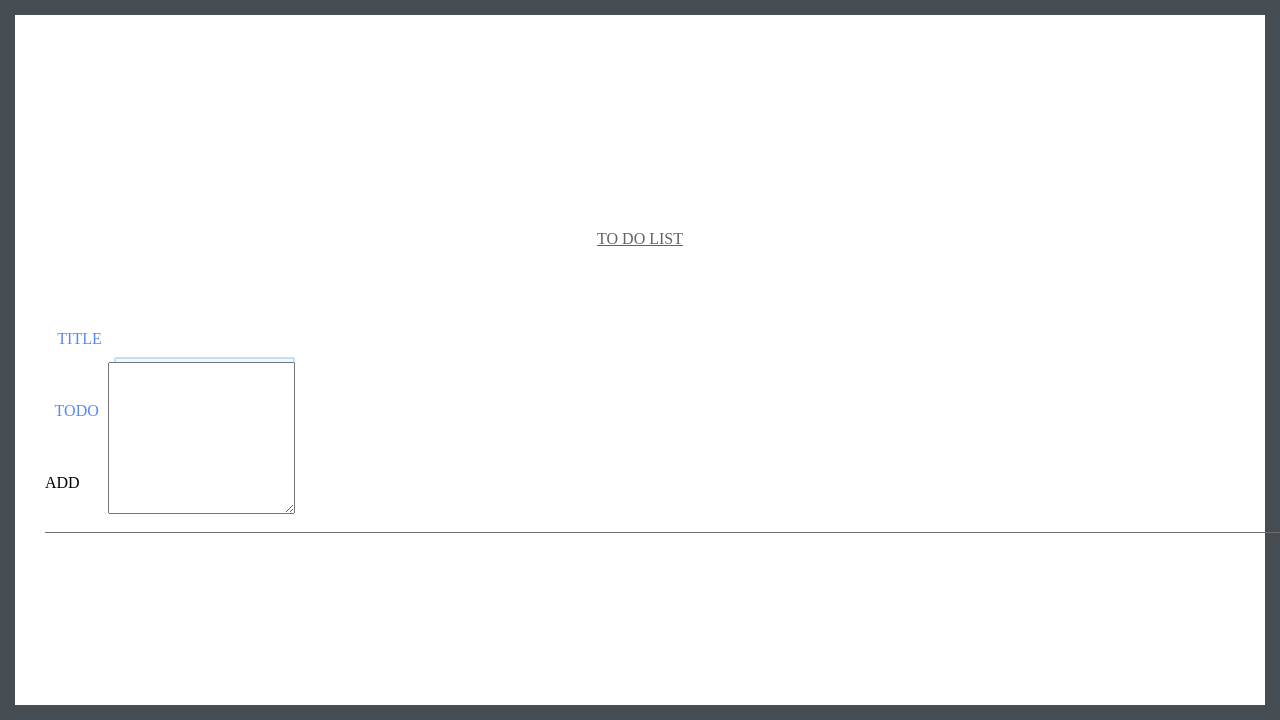
Repository: NagataRyuji0630/shinjin-otameshi
Page: todo_white_board.html
The author's editor kept a copy of each file at every save. The page is drawn from the files as they stood at one save, then again after the next save.
The browser window is 1280 px wide. The pictures show the whole page.

Above is the page before, as saved 2020-06-11 22:44:06.
Not found: todoWhiteBoard.js

### todo_white_board.html
<!DOCTYPE html>
<html lang="ja">

<head>
    <meta charset="UTF-8">
    <meta name="viewport" content="width=device-width, initial-scale=1.0">
    <meta http-equiv="X-UA-Compatible" content="ie=edge">
    <link rel="stylesheet" href="./todo_white_board.css">
    <script src="./constants.js"></script>
    <script src="./domAction.js"></script>
    <script src="./todoWhiteBoard.js"></script>
    <title>Todo White Board</title>
</head>

<body>
    <div class="white_board display_flex_justify direction_colum">

        <div id="board_title_container" class="display_flex_all">
            <div id="board_title">TO DO LIST</div>
        </div>

        <div id="form_container" class="display_flex_justify direction_colum">

            <div class="input_content display_flex_all">
                <div class="input_title">TITLE</div>
                <input id="todo_title" type="text" placeholder="title" />
            </div>

            <div class="input_content display_flex_all">
                <div class="input_title">TODO</div>
                <textarea id="todo_detail" cols="30" rows="10"></textarea>
            </div>

            <div id="btn_container">
                <div class="red_btn btn">
                    <div class="btn_text">ADD</div>
                </div>
            </div>
        </div>

        <div id="todo_list_container"></div>
    </div>
</body>

</html>

### todo_white_board.css
* {
    margin: 0px;
    padding: 0px;
    box-sizing: border-box;
}

body, html {
    width: 100%;
    height: 100%;
    font-size: 16px;
    overflow-x: hidden;
}

.display_flex_all {
    display: flex;
    justify-content: center;
    align-items: center;
}

.display_flex_justify {
    display: flex;
    justify-content: center;
}

.display_flex_align {
    display: flex;
    align-items: center;
}

.direction_colum {
    flex-direction: column;
}

.direction_row {
    flex-direction: row;
}

.white_board {
    width: 100%;
    height: 100%;
    border: 15px solid #454D53;
}

#board_title_container {
    width: auto;
    height: 15%;
}

#board_title {
    text-align: center;
    text-decoration: underline;
    font: Bold 50px;
    letter-spacing: 0px;
    color: #696060;
}

#form_container {
    width: 100%;
    height: 35%;
    margin-left: 30px;
    border-bottom: 1px solid #707070;
}

.input_content {
    width: 20%;
    height: 30%;
}

.input_title {
    width: 35%;
    height: 100%;
    text-align: center;
    font: Bold 20px;
    letter-spacing: 0px;
    color: #5887F9;
}

#todo_title {
    background: #F1F9FF 0% 0% no-repeat padding-box;
    border: 2px solid #BCE0FD;
    border-radius: 2px;
}

Loaded but not shown: constants.js (no stored copy; drawn as an empty file); domAction.js (no stored copy; drawn as an empty file)

After the next save:
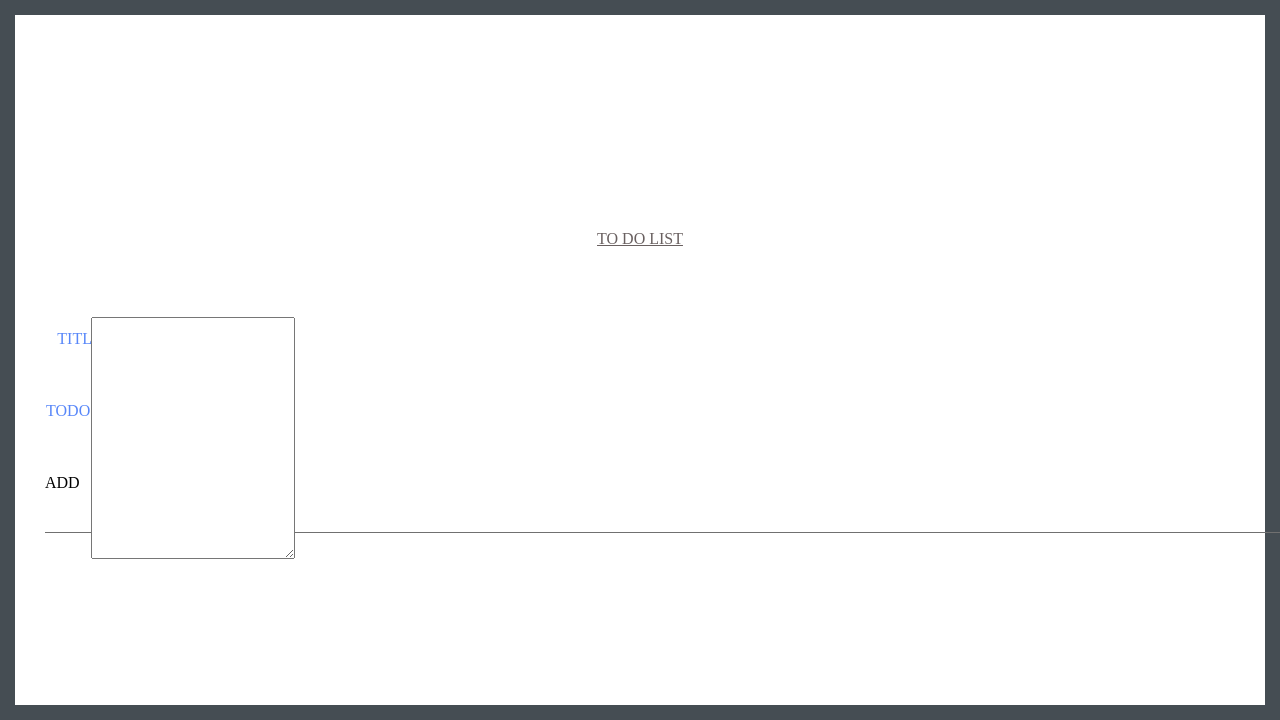
Saved 31 s later.
--- a/todo_white_board.css
+++ b/todo_white_board.css
@@ -80,3 +80,10 @@
     border: 2px solid #BCE0FD;
     border-radius: 2px;
 }
+
+#todo_detail {
+    text-align: left;
+    font: Bold 20px/24px Arial;
+    letter-spacing: 0px;
+    color: #5887F9;
+}

After the save that followed:
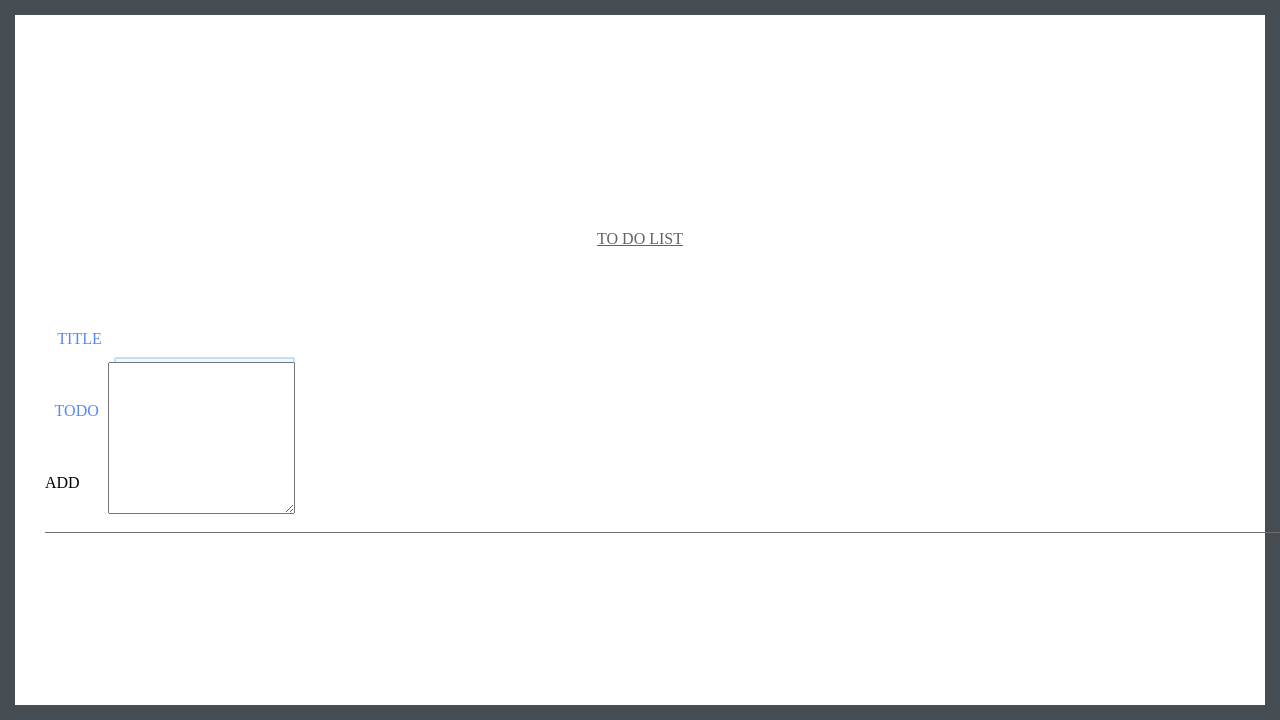
Saved 13 s later.
--- a/todo_white_board.css
+++ b/todo_white_board.css
@@ -83,7 +83,7 @@
 
 #todo_detail {
     text-align: left;
-    font: Bold 20px/24px Arial;
+    font: Bold 20px;
     letter-spacing: 0px;
     color: #5887F9;
 }
